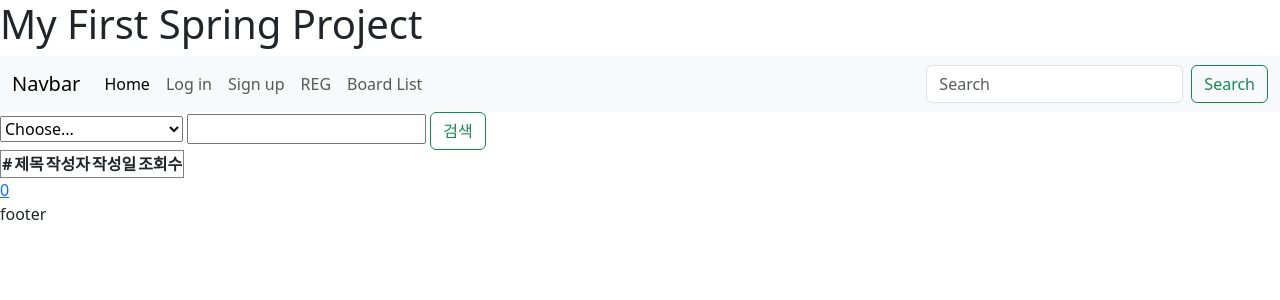
Repository: dfhdfhdfsza/springtest
Page: http://localhost/spring-Test/WEB-INF/views/board/list.jsp
An editor plug-in stored every save of this project. The page is shown before and after the next save, followed by the edit.
The browser window is 1280 px wide. The pictures show the whole page.
The page is served by Tomcat 9. Nobody is signed in. The template is opened directly, without the code that normally fills it, so the values that code supplies are empty.

Above is the page before, as saved 2023-10-13 10:46:34.

After the next save:
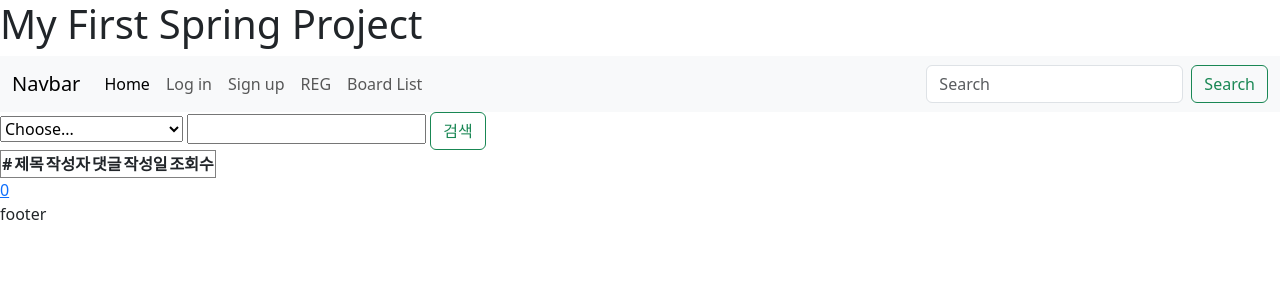
Saved 20 s later.
--- a/spring-Test/src/main/webapp/WEB-INF/views/board/list.jsp
+++ b/spring-Test/src/main/webapp/WEB-INF/views/board/list.jsp
@@ -44,6 +44,7 @@
 				<th>#</th>
 				<th>제목</th>
 				<th>작성자</th>
+				<th>댓글</th>
 				<th>작성일</th>
 				<th>조회수</th>
 			</tr>
